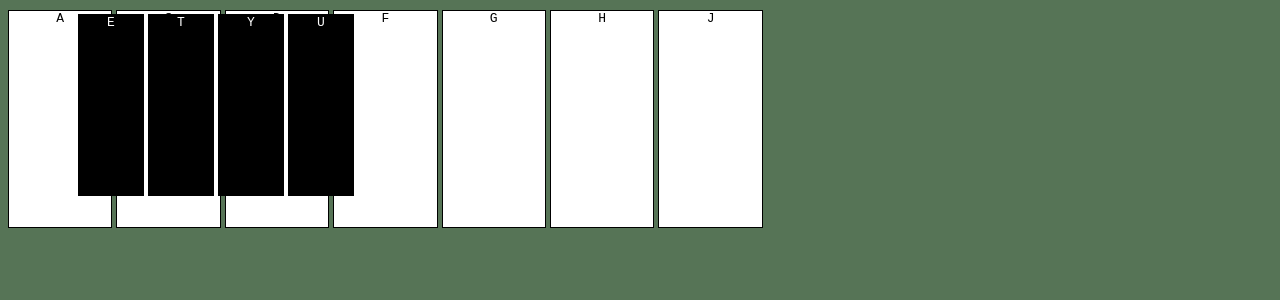
Repository: ctcoleman/Virtual-Piano
Page: index.html
An editor plug-in stored every save of this project. The page is shown before and after a run of saves, followed by the edit.
The browser window is 1280 px wide. The pictures show the whole page.

Above is the page before, as saved 2020-07-20 08:57:44.

After the next 5 saves:
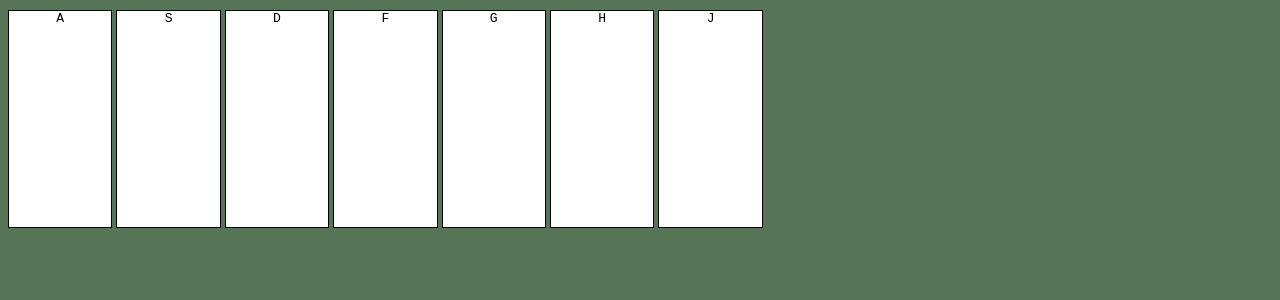
The 5 saves are shown as one change because they came seconds apart.
The last was saved 13 s later.
--- a/index.css
+++ b/index.css
@@ -37,15 +37,15 @@
 #KeyW {
     right: 40vw;
 }
-#KeyW {
+#KeyE {
     right: 40vw;
 }
-#KeyW {
+#KeyT {
     right: 40vw;
 }
-#KeyW {
+#KeyY {
     right: 40vw;
 }
-#KeyW {
+#KeyU {
     right: 40vw;
 }

After the 4 saves that followed:
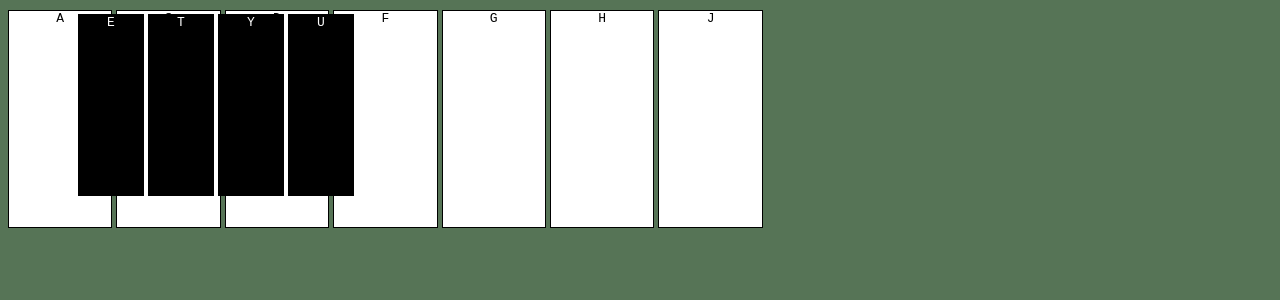
The 4 saves are shown as one change because 2 left the picture as it was and some came seconds apart.
The last was saved 28 s later.
--- a/index.css
+++ b/index.css
@@ -37,7 +37,7 @@
 #KeyW {
     right: 40vw;
 }
-#KeyE {
+/* #KeyE {
     right: 40vw;
 }
 #KeyT {
@@ -48,4 +48,4 @@
 }
 #KeyU {
     right: 40vw;
-}
+} */
